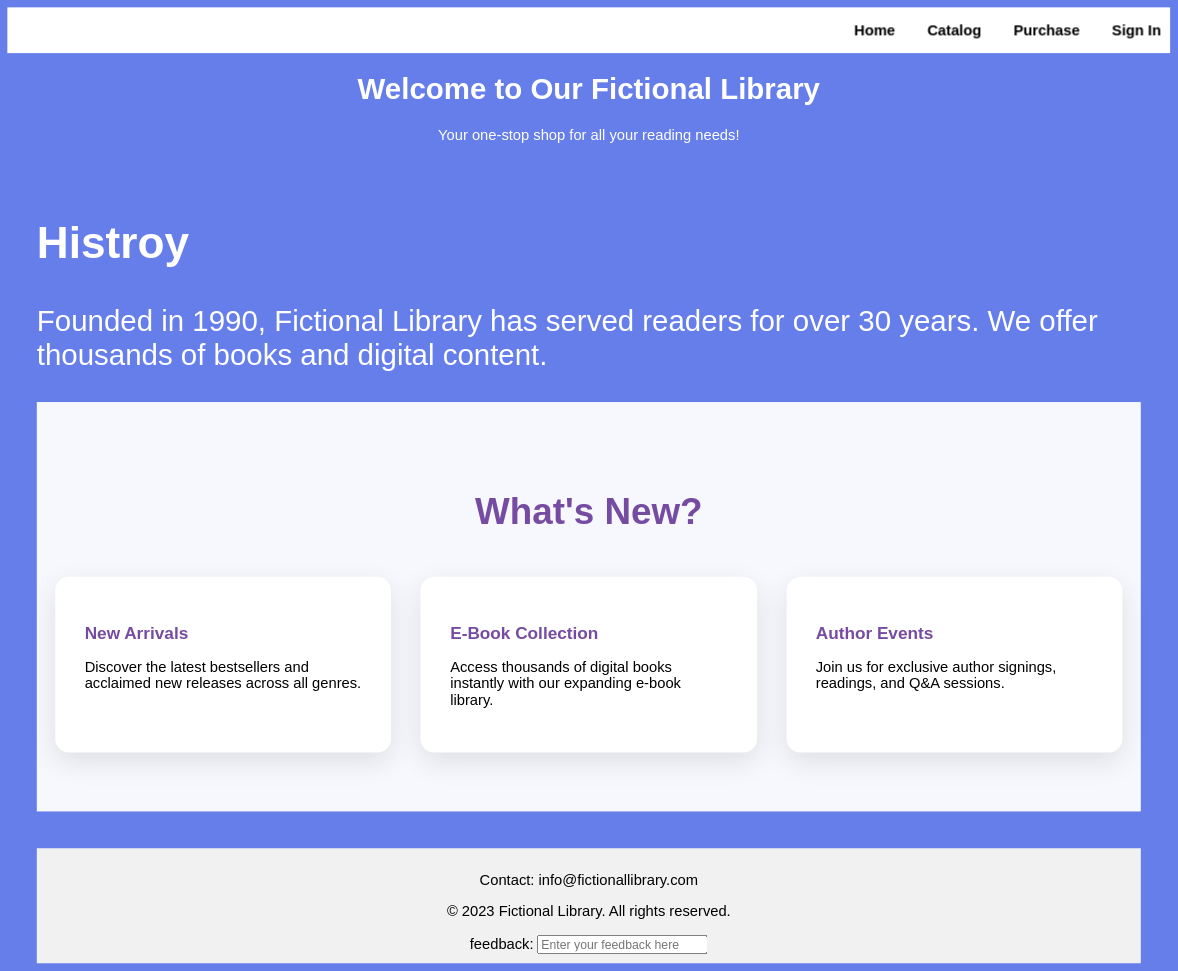
Repository: Ibrahim-Abohola/BookStore
Page: Homepage.html
These files come from the project's save history. The page is drawn as it stood at one moment and after a run of saves; the edit follows.
The browser window is 1280 px wide. The pictures show the whole page, at 92% of full size.

Above is the page before, as saved 2025-07-16 01:13:20.

### Homepage.html
<!DOCTYPE html>
<html lang="en">
    <head>
    <meta charset="UTF-8">
    <meta name="viewport" content="width=device-width, initial-scale=1.0">
    <title>Bookstore</title>
    <link rel="stylesheet" href="styles.css">
    </head>
    <body>
        <nav class="top-nav">
    <ul>
      <li><a href="Homepage.html">Home</a></li>
      <li><a href="catalog.html">Catalog</a></li>
      <li><a href="purchase.html">Purchase</a></li>
      <li><a href="signin.html">Sign In</a></li>
    </ul>
  </nav>
        <div class = "container">
        <header class = "hero">
            <h1>Welcome to Our Fictional Library</h1>
            <p>Your one-stop shop for all your reading needs!</p>
            <!--img src="bookstore.jpg" alt="Bookstore Image" class="hero-image"-->
        </header>
        <section class = "intro">
                <h2>Histroy</h2>
                    <p>Founded in 1990, Fictional Library has served readers for over 30 years. We offer thousands of books and digital content.</p>
        </section>
        <section class = "highlights">
            <div class="container">
                    <h2>What's New?</h2>
            <div class="highlight-grid">
                    <div class="highlight-card">
                        <h3>New Arrivals</h3>
                        <p>Discover the latest bestsellers and acclaimed new releases across all genres.</p>
                    </div>
                    <div class="highlight-card">
                        <h3>E-Book Collection</h3>
                        <p>Access thousands of digital books instantly with our expanding e-book library.</p>
                    </div>
                    <div class="highlight-card">
                        <h3>Author Events</h3>
                        <p>Join us for exclusive author signings, readings, and Q&A sessions.</p>
                    </div>
                </div>
            </div>
        </section>

        <footer>
            <p>Contact: info@fictionallibrary.com</p>
            <p>&copy; 2023 Fictional Library. All rights reserved.</p>
            <form action="#">
                <label for="feedback">feedback:</label>
                <input type="text" id="feedback" name="feedback" placeholder="Enter your feedback here">
            </form>
        </footer>
        </div>

    </body>
</html>

### styles.css
body {
    font-family: sans-serif;
    background-color: #667eea;
}

.container {
    max-width: 1200px;
    margin: 0 auto;
    padding: 0 20px;
}

nav {
    background: rgba(255, 255, 255, 0.95);
    backdrop-filter: blur(10px);
    padding: 1rem 0;
    position: fixed;
    width: 100%;
    top: 0;
    z-index: 1000;
}
nav.top-nav {
  display: flex;
  justify-content: flex-end;
  background: white;
  position: sticky;
  z-index: 1000;
}
nav.top-nav ul {
  display: flex;
  margin: 0;
  padding: 0;
}
nav.top-nav ul li {
  margin-left: 15px;
}
nav.top-nav ul li a {
  color: black;
  font-weight: bold;

}
nav.top-nav ul li a:hover {
  background-color: #147749ea;
  border-radius: 4px;
}

nav .container {
    display: flex;
    justify-content: space-between;
    align-items: center;
}

nav ul {
    display: flex;
    list-style: none;
    background:white;

}

nav ul li a {
    color: white;
    margin: 0 10px;
    text-decoration: none;
}

.hero {
    color: white;
    text-align: center;
}
.intro {
    color: white;
    font-size: 2rem;
    margin-bottom: 1rem;
    margin-top: 80px;
}

.highlights {
    padding: 4rem 0;
    background: rgba(255, 255, 255, 0.95);
}

.highlights h2 {
    text-align: center;
    margin-bottom: 3rem;
    color: #764ba2;
    font-size: 2.5rem;
}

.highlight-grid {
    display: grid;
    grid-template-columns: repeat(auto-fit, minmax(300px, 1fr));
    width: 100%;
    gap: 2rem;
}

.highlight-card {
    background: white;
    padding: 2rem;
    border-radius: 15px;
    box-shadow: 0 10px 30px rgba(0, 0, 0, 0.1);
    transition: transform 0.3s ease;
}

.highlight-card h3 {
    color: #764ba2;
    margin-bottom: 1rem;
}

.signin-container {
    display: flex;
    justify-content: center;
    align-items: center;
    min-height: calc(100vh - 80px);
}

.signin-form {
    background: rgba(255, 255, 255, 0.95);
    padding: 3rem;
    border-radius: 20px;
    box-shadow: 0 15px 35px rgba(0, 0, 0, 0.1);
    width: 100%;
    max-width: 400px;
    backdrop-filter: blur(10px);
}

.signin-form h2 {
    text-align: center;
    margin-bottom: 2rem;
    color: #764ba2;
    font-size: 2rem;
}

.form-group {
    margin-bottom: 1.5rem;
}

.form-group label {
    display: block;
    margin-bottom: 0.5rem;
    font-weight: 500;
}

.form-group input {
    width: 100%;
    padding: 0.8rem;
    border: 2px solid #e0e0e0;
    border-radius: 10px;
    font-size: 1rem;
    transition: border-color 0.3s ease;
}

.form-group input:focus {
    outline: none;
    border-color: #764ba2;
}

.signin-btn {
    width: 100%;
    padding: 1rem;
    background: linear-gradient(135deg, #667eea 0%, #764ba2 100%);
    color: white;
    border: none;
    border-radius: 10px;
    font-size: 1.1rem;
    font-weight: 600;
    cursor: pointer;
    transition: transform 0.3s ease;
}

.signin-btn:hover {
    transform: translateY(-2px);
}

.catalog {
    display: flex;
    flex-wrap: wrap;
    gap: 20px;
    padding: 20px;
}

.catalog-header {
    padding: 2rem 0;
    background: rgba(255, 255, 255, 0.95);
    text-align: center;
}

.catalog-header h1 {
    color: #764ba2;
    font-size: 2.5rem;
    margin-bottom: 1rem;
}

.books-grid {
    display: grid;
    grid-template-columns: repeat(auto-fit, minmax(300px, 1fr));
    gap: 2rem;
    padding: 2rem 0;
}

.book-card {
    background: rgba(255, 255, 255, 0.95);
    border-radius: 15px;
    overflow: hidden;
    box-shadow: 0 10px 30px rgba(0, 0, 0, 0.1);
    transition: transform 0.3s ease;
}

.book-card:hover {
    transform: translateY(-5px);
}

.book-cover {
    width: 100%;
    height: 300px;
    background: linear-gradient(135deg, #667eea, #764ba2);
    display: flex;
    align-items: center;
    justify-content: center;
    color: white;
    font-size: 1.2rem;
    font-weight: bold;
}

.book-info {
    padding: 1.5rem;
}

.book-title {
    font-size: 1.3rem;
    font-weight: bold;
    margin-bottom: 0.5rem;
    color: #333;
}

.book-author {
    color: #666;
    margin-bottom: 0.5rem;
}

.book-genre {
    background: #764ba2;
    color: white;
    padding: 0.3rem 0.8rem;
    border-radius: 20px;
    font-size: 0.9rem;
    display: inline-block;
    margin-bottom: 1rem;
}

.availability {
    font-weight: bold;
    margin-bottom: 1rem;
}

.available {
    color: #28a745;
}

.unavailable {
    color: #dc3545;
}

.purchase-btn {
    width: 100%;
    padding: 0.8rem;
    background: linear-gradient(135deg, #667eea, #764ba2);
    color: white;
    border: none;
    border-radius: 10px;
    font-weight: 600;
    cursor: pointer;
    transition: transform 0.3s ease;
}

.purchase-btn:hover {
    transform: translateY(-2px);
}

.purchase-btn:disabled {
    background: #ccc;
    cursor: not-allowed;
    transform: none;
}

.purchase-container {
    padding: 2rem 0;
    min-height: calc(100vh - 80px);
}

.purchase-content {
    display: grid;
    grid-template-columns: 1fr 1fr;
    gap: 3rem;
    max-width: 1000px;
    margin: 0 auto;
}

.book-details {
    background: rgba(255, 255, 255, 0.95);
    padding: 2rem;
    border-radius: 15px;
    box-shadow: 0 10px 30px rgba(0, 0, 0, 0.1);
}

.purchase-form-container {
    background: rgba(255, 255, 255, 0.95);
    padding: 2rem;
    border-radius: 15px;
    box-shadow: 0 10px 30px rgba(0, 0, 0, 0.1);
}

.purchase-form h2 {
    color: #764ba2;
    margin-bottom: 1.5rem;
}

.price {
    font-size: 1.5rem;
    font-weight: bold;
    color: #764ba2;
    margin: 1rem 0;
}

.book {
    border: 1px solid #ccc;
    padding: 10px;
    width: calc(33.333% - 40px);
}

footer {
    margin-top: 40px;
    padding: 10px;
    background: #f1f1f1;
    text-align: center;
}

After the next 2 saves:
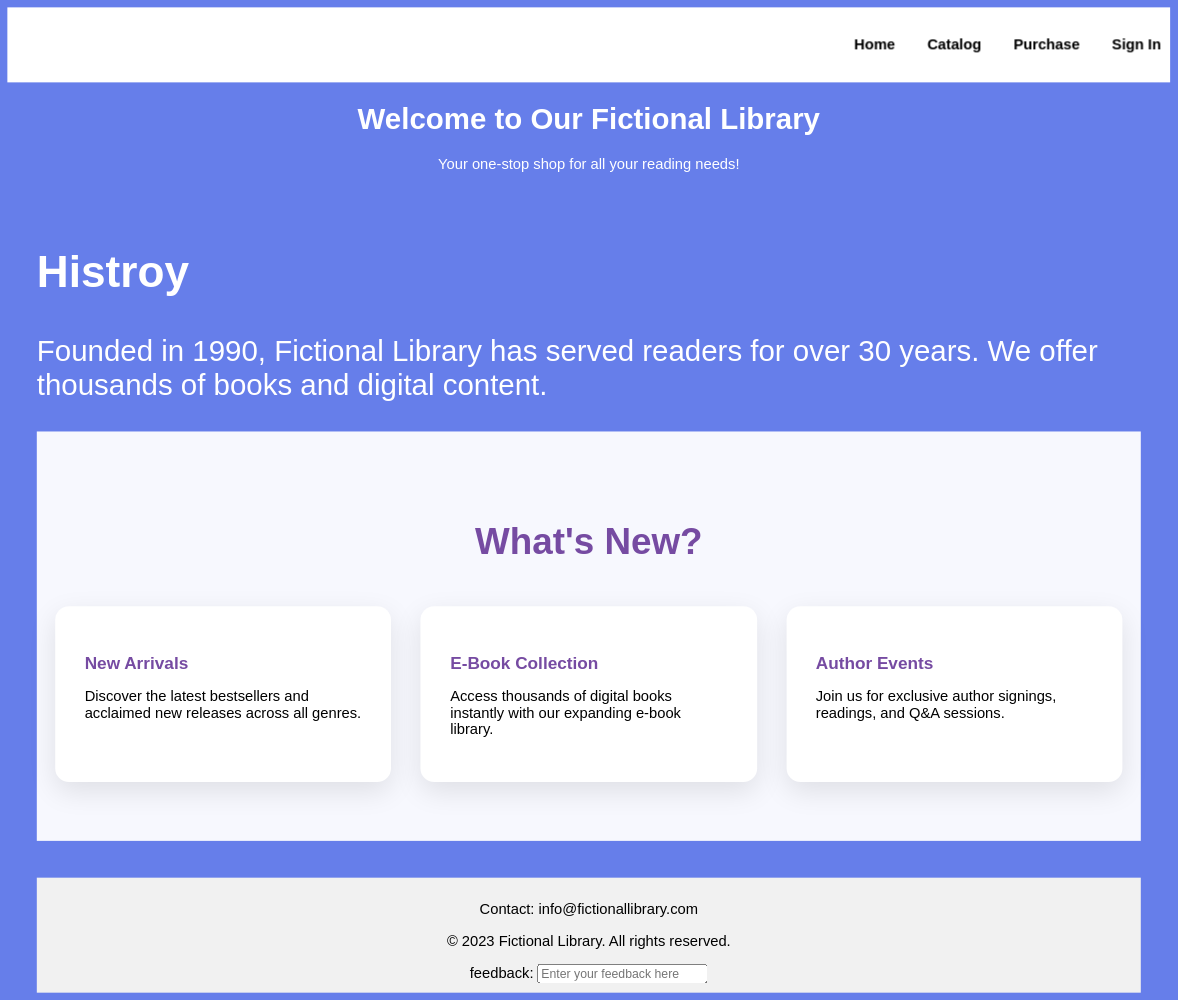
The 2 saves are shown as one change because they came seconds apart.
The last was saved 13 s later.
--- a/styles.css
+++ b/styles.css
@@ -27,8 +27,6 @@ nav.top-nav {
 }
 nav.top-nav ul {
   display: flex;
-  margin: 0;
-  padding: 0;
 }
 nav.top-nav ul li {
   margin-left: 15px;

After the save that followed:
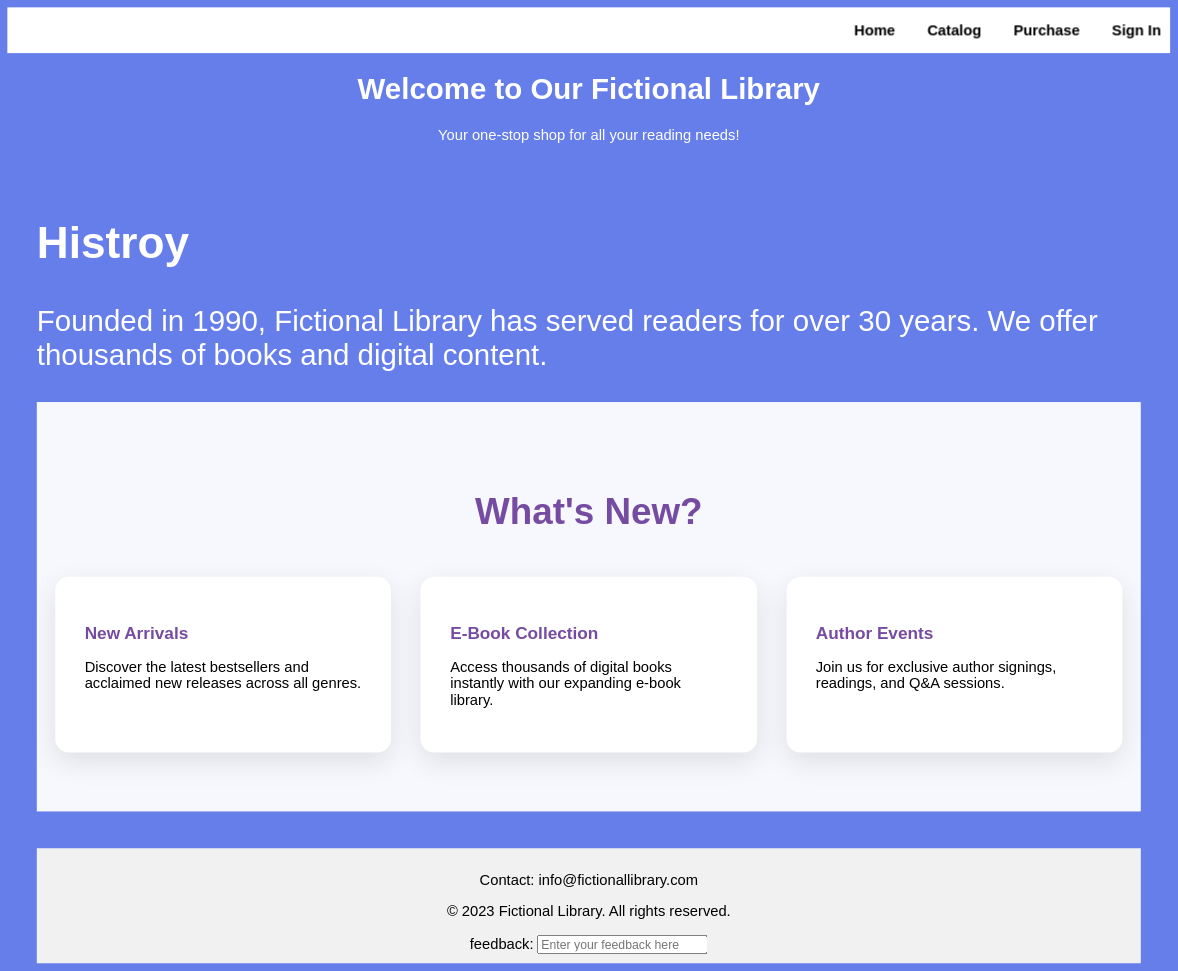
Saved 5 s later.
--- a/styles.css
+++ b/styles.css
@@ -12,7 +12,6 @@ body {
 nav {
     background: rgba(255, 255, 255, 0.95);
     backdrop-filter: blur(10px);
-    padding: 1rem 0;
     position: fixed;
     width: 100%;
     top: 0;
